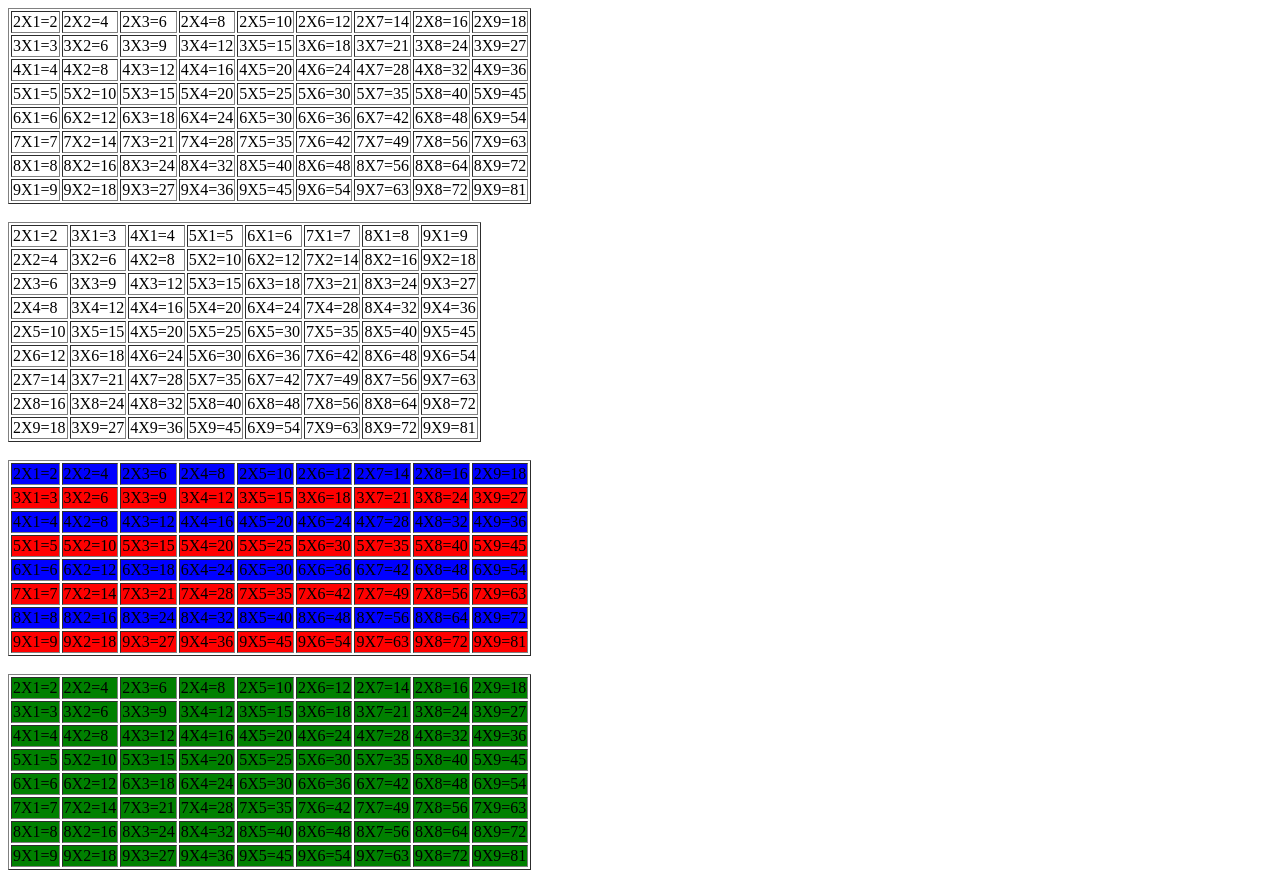
Repository: Kimgigon123123/JspServlet
Page: http://localhost/03.Tag/01.Script/Ex04For.jsp
The author's editor kept a copy of each file at every save. The page is drawn from the files as they stood at one save, then again after the next save.
The browser window is 1280 px wide. The pictures show the whole page.
The page is served by Tomcat 9. Other server files are loaded and not shown.

Above is the page before, as saved 2023-05-19 02:23:40.

### WorkSpace/03.Tag/src/main/webapp/01.Script/Ex04For.jsp
<%@ page language="java" contentType="text/html; charset=UTF-8"
    pageEncoding="UTF-8"%>
<!DOCTYPE html>
<html>
<head>
<meta charset="UTF-8">
<title>Insert title here</title>
</head>
<body>
	<table border = "1px solid black">
	<% for(int i=2;i<=9;i++){%><tr>
		<%for(int j=1;j<=9;j++){%>
	<td><%=i+"X"+j+"="+i*j %></td>

	<% } %> </tr>
	<% }%> </table>

	<br>

	<table border = "1px solid black">
	<% for(int i=1;i<=9;i++){%><tr>
		<%for(int j=2;j<=9;j++){%>
	<td><%=j+"X"+i+"="+i*j %></td>

	<% } %> </tr>
	<% }%> </table>

	<br>

	<table border = "1px solid black">
	<% for(int i=2;i<=9;i++){%><tr>
		<%for(int j=1;j<=9;j++){%>
		<%if(i%2==0){%>
	<td style="background-color:blue"><%=i+"X"+j+"="+i*j %></td>
		<%}
		else {%>
		<td style="background-color:red"><%=i+"X"+j+"="+i*j %></td>
		<%} %>
	<% } %> </tr>
	<% }%> </table>

	<br>


	<table border = "1px solid black">
	<% for(int i=2;i<=9;i++){%><tr style="background-color:green">
		<%for(int j=1;j<=9;j++){%>
	<td><%=i+"X"+j+"="+i*j %></td>

	<% } %> </tr>
	<% }%> </table>



</body>
</html>

After the next save:
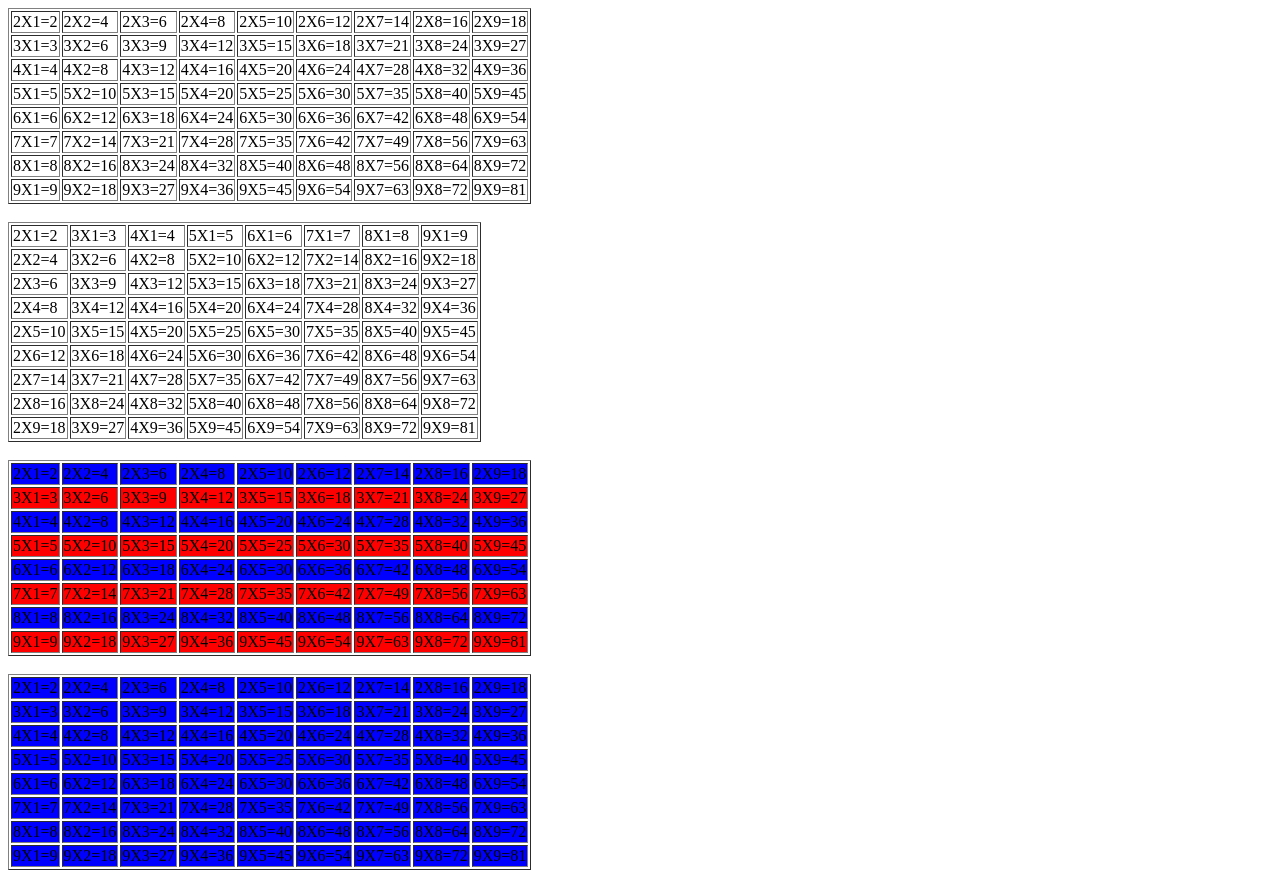
Saved 26 s later.
--- a/WorkSpace/03.Tag/src/main/webapp/01.Script/Ex04For.jsp
+++ b/WorkSpace/03.Tag/src/main/webapp/01.Script/Ex04For.jsp
@@ -43,7 +43,7 @@
 
 
 	<table border = "1px solid black">
-	<% for(int i=2;i<=9;i++){%><tr style="background-color:green">
+	<% for(int i=2;i<=9;i++){%><tr style="background-color:blue">
 		<%for(int j=1;j<=9;j++){%>
 	<td><%=i+"X"+j+"="+i*j %></td>
 
